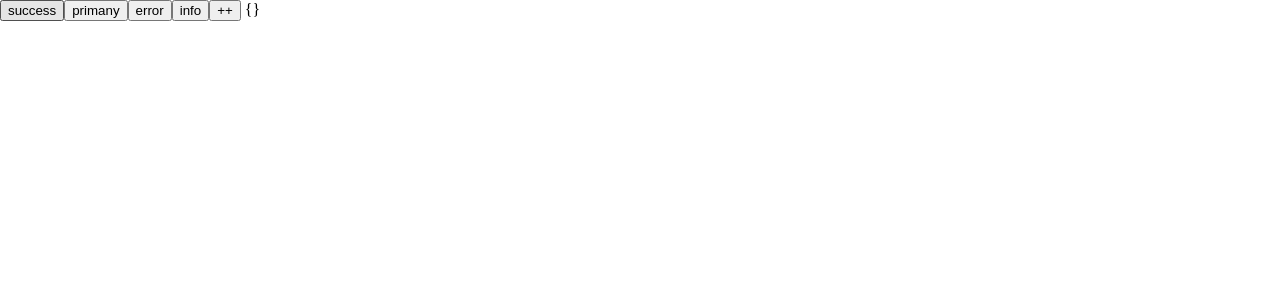
Repository: loooseFish/Jenkins_Case
Page: /
An editor plug-in stored every save of this project. The page is shown before and after a run of saves, followed by the edit.
The browser window is 1280 px wide. The pictures show the whole page.
The project was rebuilt for these pictures with package versions that can differ from the ones it lists, and the page was loaded fresh each time. Also part of the build but not shown: vue.config.js.

Above is the page before, as saved 2024-05-13 19:21:52.

After the next 2 saves:
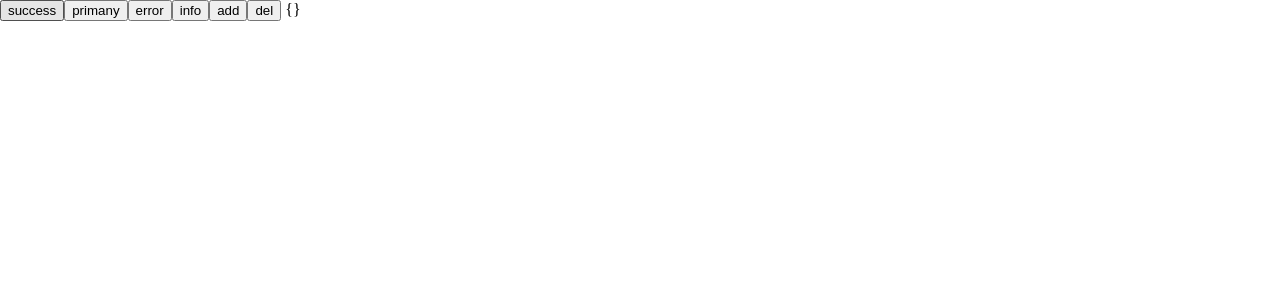
The 2 saves are shown as one change because they came seconds apart.
The last was saved 4 min 51 s later.
--- a/src/App.vue
+++ b/src/App.vue
@@ -5,7 +5,8 @@
     <button @click="$msg.show({ type: 'error' });">error</button>
     <button @click="$msg.show({ type: 'info' });">info</button>
 
-    <button @click="add">++</button>
+    <button @click="add">add</button>
+    <button @click="del">del</button>
     {{ set }}
   </div>
 </template>
